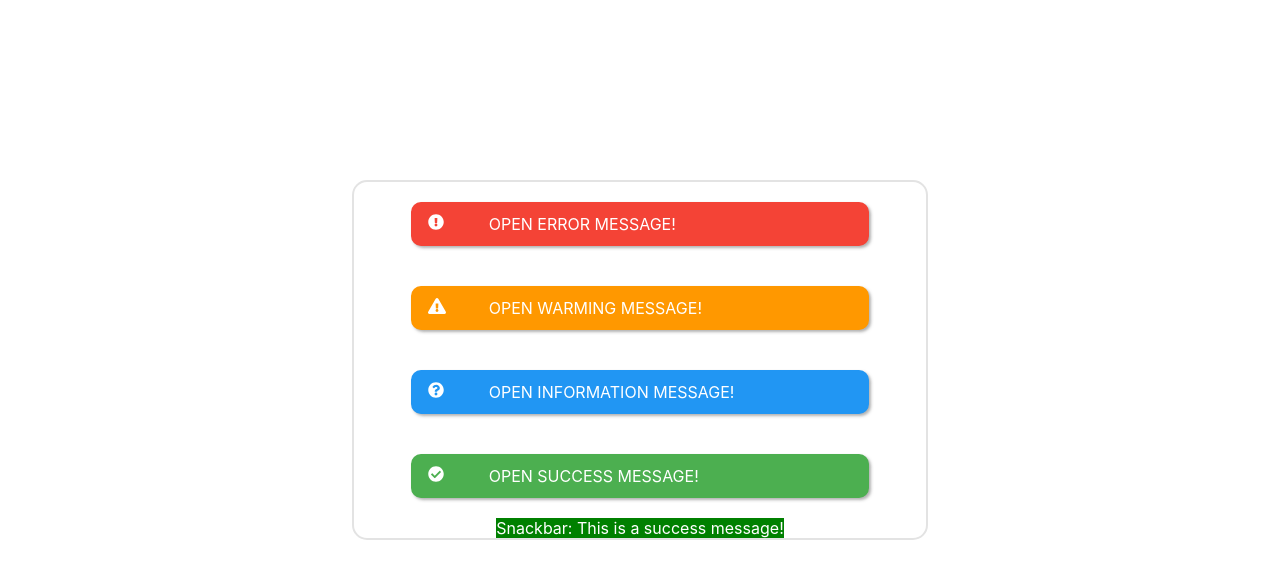
Repository: KrzysKolo/sr_tydzien5_zad2
Page: /, after clicking the first element matching `div.wrapper--btn > :nth-child(4)`
An editor plug-in stored every save of this project. The page is shown before and after the next save, followed by the edit.
The browser window is 1280 px wide. The pictures show the whole page.
The project was rebuilt for these pictures with package versions that can differ from the ones it lists, and the page was loaded fresh each time.

Above is the page before, as saved 2020-12-28 03:21:19.

### public/index.html
<!DOCTYPE html>
<html lang="en">
  <head>
    <meta charset="utf-8" />
    <link rel="icon" href="%PUBLIC_URL%/favicon.ico" />
    <meta name="viewport" content="width=device-width, initial-scale=1" />
    <meta name="theme-color" content="#000000" />
    <meta
      name="description"
      content="Web site created using create-react-app"
    />
    <link rel="apple-touch-icon" href="%PUBLIC_URL%/logo192.png" />
    <!--
      manifest.json provides metadata used when your web app is installed on a
      user's mobile device or desktop. See https://developers.google.com/web/fundamentals/web-app-manifest/
    -->
    <link rel="manifest" href="%PUBLIC_URL%/manifest.json" />
    <!--
      Notice the use of %PUBLIC_URL% in the tags above.
      It will be replaced with the URL of the `public` folder during the build.
      Only files inside the `public` folder can be referenced from the HTML.

      Unlike "/favicon.ico" or "favicon.ico", "%PUBLIC_URL%/favicon.ico" will
      work correctly both with client-side routing and a non-root public URL.
      Learn how to configure a non-root public URL by running `npm run build`.
    -->
    <title>Zad 2 - snackbar</title>
  </head>
  <body>
    <noscript>You need to enable JavaScript to run this app.</noscript>
    <div id="root"></div>
    <!--
      This HTML file is a template.
      If you open it directly in the browser, you will see an empty page.

      You can add webfonts, meta tags, or analytics to this file.
      The build step will place the bundled scripts into the <body> tag.

      To begin the development, run `npm start` or `yarn start`.
      To create a production bundle, use `npm run build` or `yarn build`.
    -->
  </body>
</html>

### src/App.js
import React from 'react';
import Buttons from './components/Buttons';
import './App.css';
const App = () => {
  return (
    <div className="wrapper--btn">
      <Buttons />
    </div>
  )
}

export default App;

### src/components/Buttons.js
import React, {useState} from 'react';
import ButtonsData from './../data/ButtonsData';
import Button from './Button';
import Snackbar from './Snackbar';

const Buttons = () => {

    return (
        <>
            {ButtonsData.map(button =>
                <Button key={button.id} data={button}/>
            )}

        </>
    )
}

export default Buttons;

### src/App.css
* {
  box-sizing: border-box;
  margin: 0;
  position: relative;
}
body {
  width: 100vw;
  height: 100vh;
  display: flex;
  flex-direction: row;
  justify-content: center;
  align-items: center;
}
.wrapper--btn {
  border: 2px solid #e3e3e3;
  border-radius: 15px;
  width: 45vw;
  display: flex;
  flex-direction: column;
  justify-content: center;
  align-items: center;
}
.btn {
  border-radius: 10px;
  color: rgb(240, 239, 244);
  cursor: pointer;
  outline: none;
  padding: 10px 15px;
  margin: 20px;
  width: 80%;
  display: grid;
  grid-template-columns: 0.5fr 3fr;
  box-shadow: 2px 2px 3px rgba(102, 102, 102, 0.5);
  transition: all 0.3s ease-in-out;
}
.error {
  color: white;
  background: rgb(244, 67, 54);
}

.success {
  color: white;
  background: green;
}
.informaton {
  background: rgb(33, 150, 243);
}

.warning {
  background: rgb(255, 152, 0);
  color: white;
}

### src/data/ButtonsData.js
const ButtonsData = [
    {
      id: 0,
      name: "OPEN ERROR MESSAGE!",
      color: "rgb(244, 67, 54)",
      icon: "faExclamationCircle",
      type: "This is an error message!",
    },
    {
      id: 1,
      name: "OPEN WARMING MESSAGE!",
      color: "rgb(255, 152, 0)",
      icon: "faExclamationTriangle",
      type: "This is a warning message!",
    },
    {
      id: 2,
      name: "OPEN INFORMATION MESSAGE!",
      color: "rgb(33, 150, 243)",
      icon: "faQuestionCircle",
      type: "This is an information message!",
    },
    {
      id: 3,
      name: "OPEN SUCCESS MESSAGE!",
      color: "rgb(76, 175, 80)",
      icon: "faCheckCircle",
      type: "This is a success message!",
    },

  ]
 export default ButtonsData;

### src/components/Button.js
import React, { useState } from 'react';
import Icons from './Icons';
import Snackbar from './Snackbar';


const Button = ({data } ) => {

    const [isHover, setIsHover] = useState(false);
    const OutStyle = {
        border: `2px solid ${data.color}`,
        background: data.color,
        color: "#fff",
      };

      const OverStyle = {
        border: `2px solid ${data.color}`,
        backgroundColor: "#fff",
        color: data.color,

      };
      /*const event = data.event;
      const switchFunction = (event) => {
        switch (event) {
                case 'handleClick': handleClick(); break;
               case 'handleClickWarming': handleClickWarming(); break;
                case 'handleClickInformation': handleClickInformation(); break;
                case 'handleClickSuccess': handleClickSuccess(); break;
                default: return null;
                }
    }

     const handleClickWarming = () => {
        console.log(data.info);
    };
    const handleClickInformation = () => {
        console.log(data.info);
    };
    const handleClickSuccess = () => {
        console.log(data.info);
    }; */

    const [isShownSnackbar, setIsShownSnackbar] = useState(false);
    const handleClick = () => {

        setIsShownSnackbar(true);

    };
    return (
        <>

        <div className="btn"
        /* onClick={() => switchFunction(event)} */
        onClick={handleClick}
        style={isHover ? OverStyle : OutStyle}
        onMouseOver={() => setIsHover(true)}
        onMouseOut={() => setIsHover(false)}>
            <Icons icon={data.icon}/>
             {data.name}
        </div>
        {isShownSnackbar && <Snackbar type={data.type} />}
        </>
    )
}

export default Button;

### src/components/Snackbar.js
import React from 'react';

const Snackbar = ({type}) => {
    return (
        <div className={`${type}`}>
           Snackbar: {type}
        </div>
    )
}

export default Snackbar

### src/components/Icons.js
import React from 'react';
import { FontAwesomeIcon } from '@fortawesome/react-fontawesome';
import { faCheckCircle, faQuestionCircle, faExclamationTriangle, faExclamationCircle } from '@fortawesome/free-solid-svg-icons';

const Icons = ({icon}) => {

        switch (icon) {
            case 'faExclamationCircle': return <FontAwesomeIcon icon={faExclamationCircle} />;
            case 'faExclamationTriangle': return <FontAwesomeIcon icon={faExclamationTriangle} />;
            case 'faQuestionCircle': return <FontAwesomeIcon icon={faQuestionCircle} />;
            case 'faCheckCircle': return <FontAwesomeIcon icon={faCheckCircle} />;
            default: return null;
            }



}

export default Icons;

Loaded but not shown: src/index.js (common file); src/index.css (common file)

After the next save:
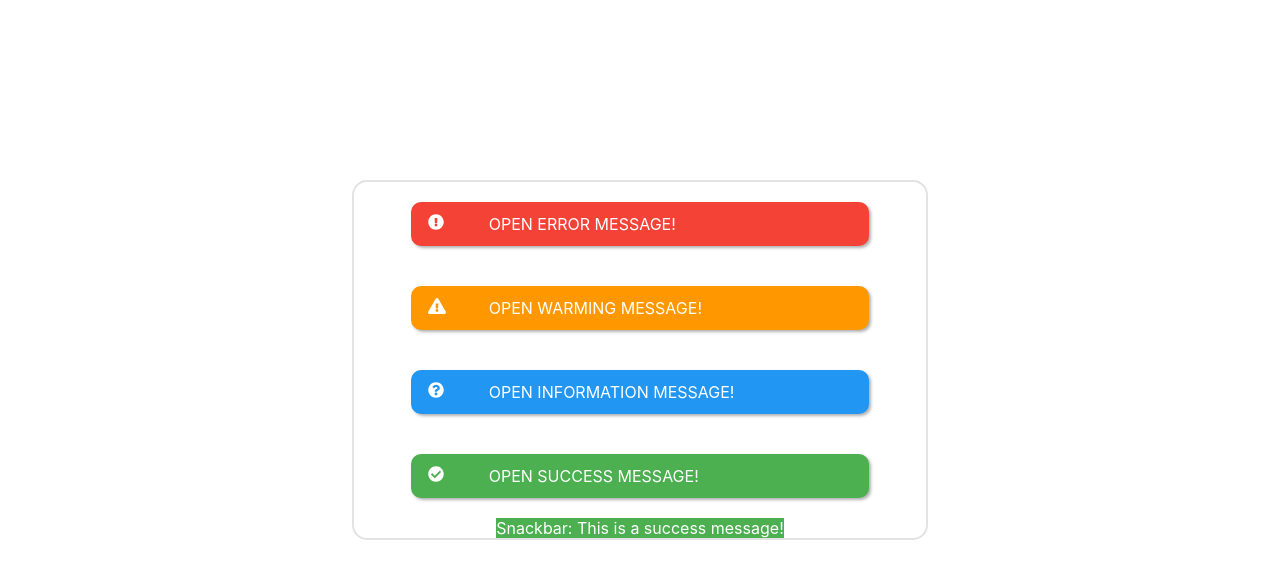
Saved 28 s later.
--- a/src/App.css
+++ b/src/App.css
@@ -40,7 +40,7 @@ body {
 
 .success {
   color: white;
-  background: green;
+  background: rgb(76, 175, 80);
 }
 .informaton {
   background: rgb(33, 150, 243);
